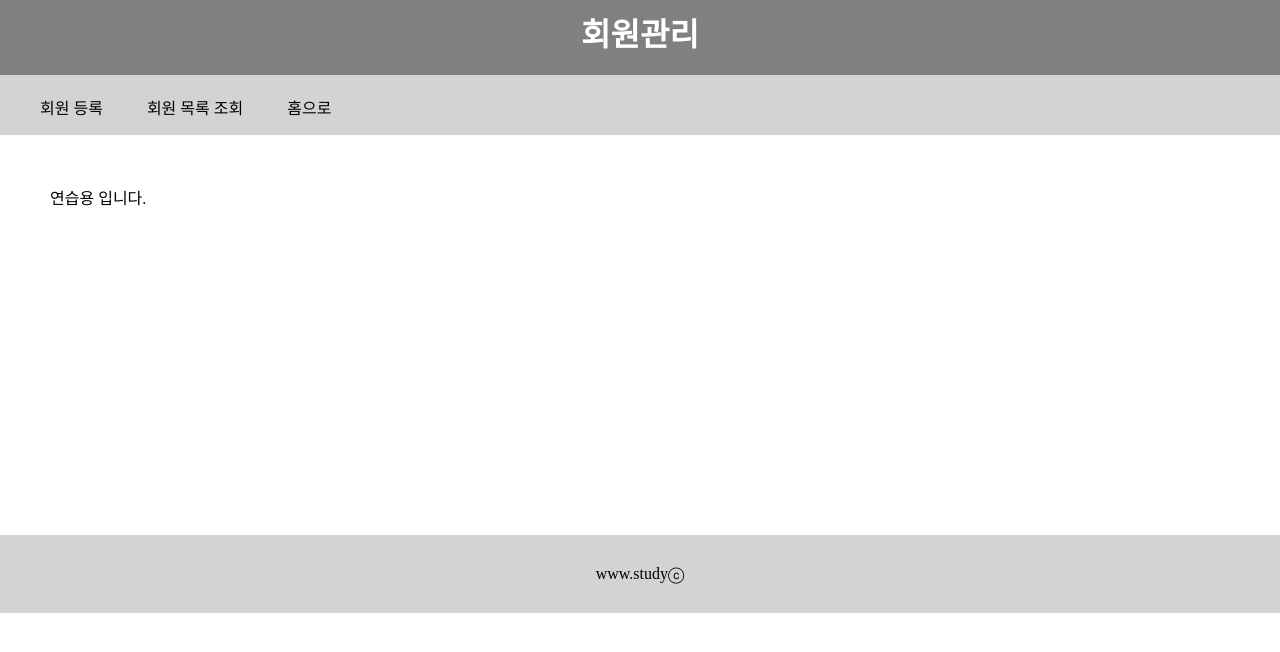
Repository: jieun000/Craftsman_Information_Processing
Page: http://localhost/00_study/
An editor plug-in stored every save of this project. The page is shown before and after the next save, followed by the edit.
The browser window is 1280 px wide. The pictures show the whole page.
The page is served by Tomcat 9. Other server files are loaded and not shown.

Above is the page before, as saved 2023-07-02 13:31:30.

### 00_study/WebContent/index.jsp
<%@ page language="java" contentType="text/html; charset=UTF-8"
    pageEncoding="UTF-8"%>
<!DOCTYPE html>
<html>
<head>
<meta charset="UTF-8">
<title>Insert title here</title>
<style>
	* {
		margin: 0px;
		padding: 0px;
	}
	header {
		width: 100%;
		height: 75px;
		background: gray;
		color: white;
		text-align: center;
		line-height: 70px;
	}
	nav {
		height: 20px;
		background: lightgray;
		padding: 20px;
	}
	a {
		text-decoration: none;
		color: black;
		padding:20px;
	}
</style>
</head>
<body>
	<header>
		<h1>회원관리</h1>
	</header>
	<nav>
		<a href="">회원 등록</a>
		<a href="">회원 목록 조회</a>
		<a href="">홈으로</a>
	</nav>
	<p style="height: 300px; padding: 50px;">연습용 입니다.</p>
	<footer style="padding: 30px; text-align: center; background: lightgray;">
		www.studyⓒ
	</footer>
</body>
</html>

After the next save:
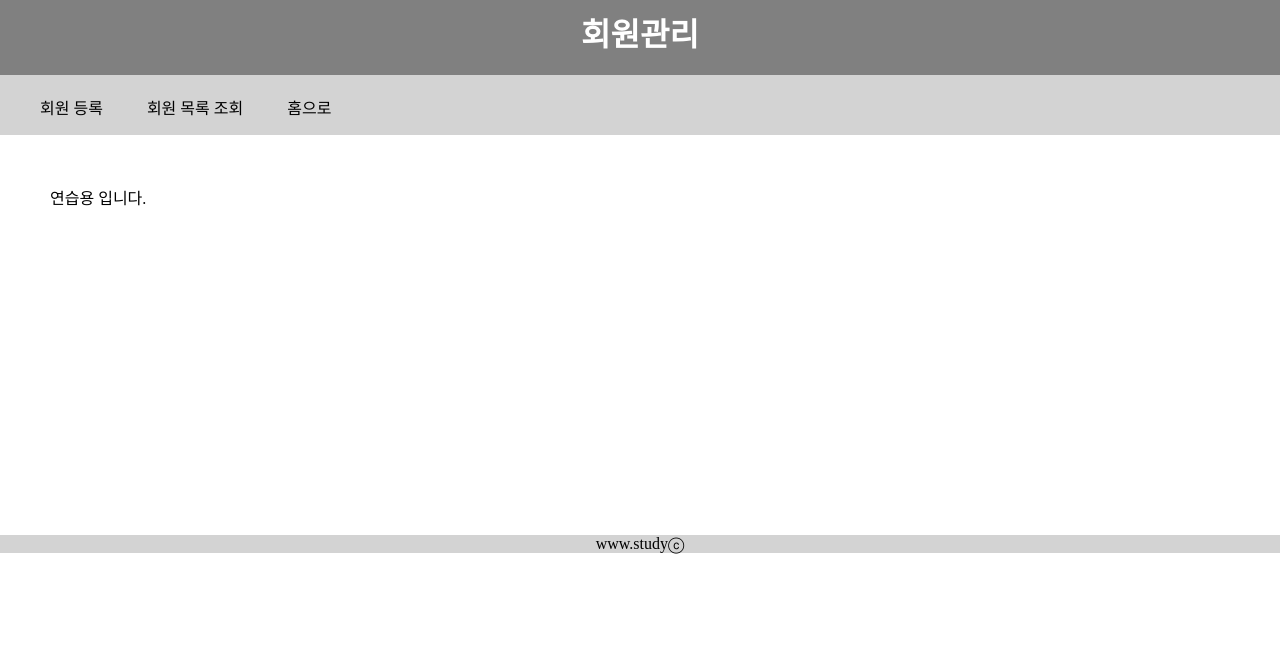
Saved 6 s later.
--- a/00_study/WebContent/index.jsp
+++ b/00_study/WebContent/index.jsp
@@ -40,7 +40,7 @@
 		<a href="">홈으로</a>
 	</nav>
 	<p style="height: 300px; padding: 50px;">연습용 입니다.</p>
-	<footer style="padding: 30px; text-align: center; background: lightgray;">
+	<footer style="text-align: center; background: lightgray;">
 		www.studyⓒ
 	</footer>
 </body>

After the save that followed:
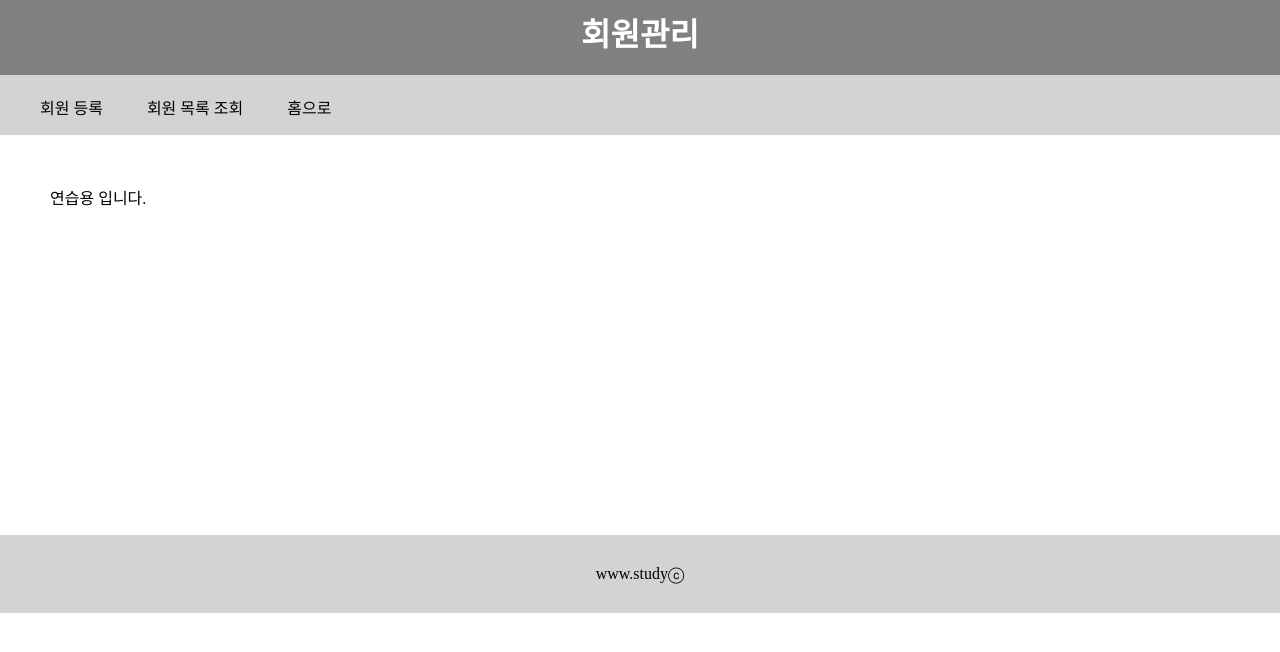
Saved 6 s later.
--- a/00_study/WebContent/index.jsp
+++ b/00_study/WebContent/index.jsp
@@ -40,7 +40,7 @@
 		<a href="">홈으로</a>
 	</nav>
 	<p style="height: 300px; padding: 50px;">연습용 입니다.</p>
-	<footer style="text-align: center; background: lightgray;">
+	<footer style="padding: 30px; text-align: center; background: lightgray;">
 		www.studyⓒ
 	</footer>
 </body>
